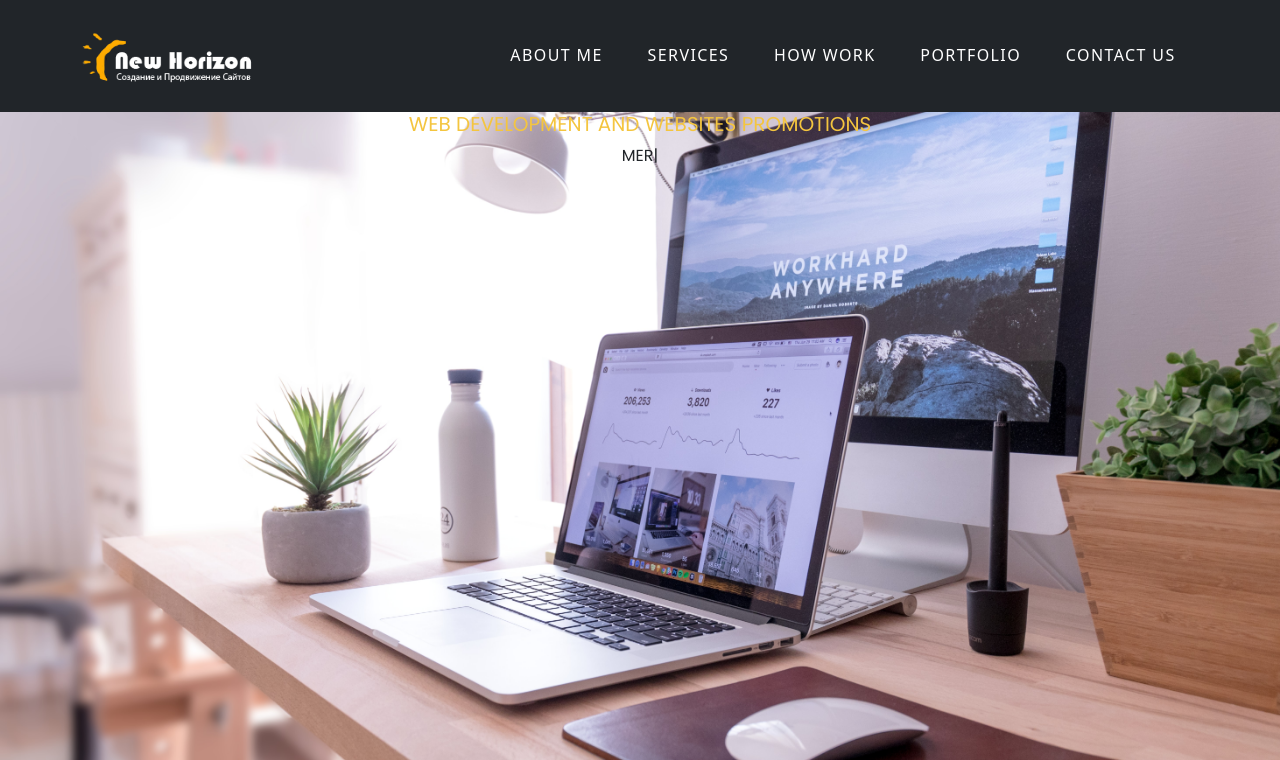
Repository: ahmedibrahimhassan654/React-Bootstrap-5
Page: /
An editor plug-in stored every save of this project. The page is shown before and after the next save, followed by the edit.
The browser window is 1280 px wide. The pictures show the whole page.
The project was rebuilt for these pictures with package versions that can differ from the ones it lists, and the page was loaded fresh each time.

Above is the page before, as saved 2021-11-25 06:49:03.

After the next save:
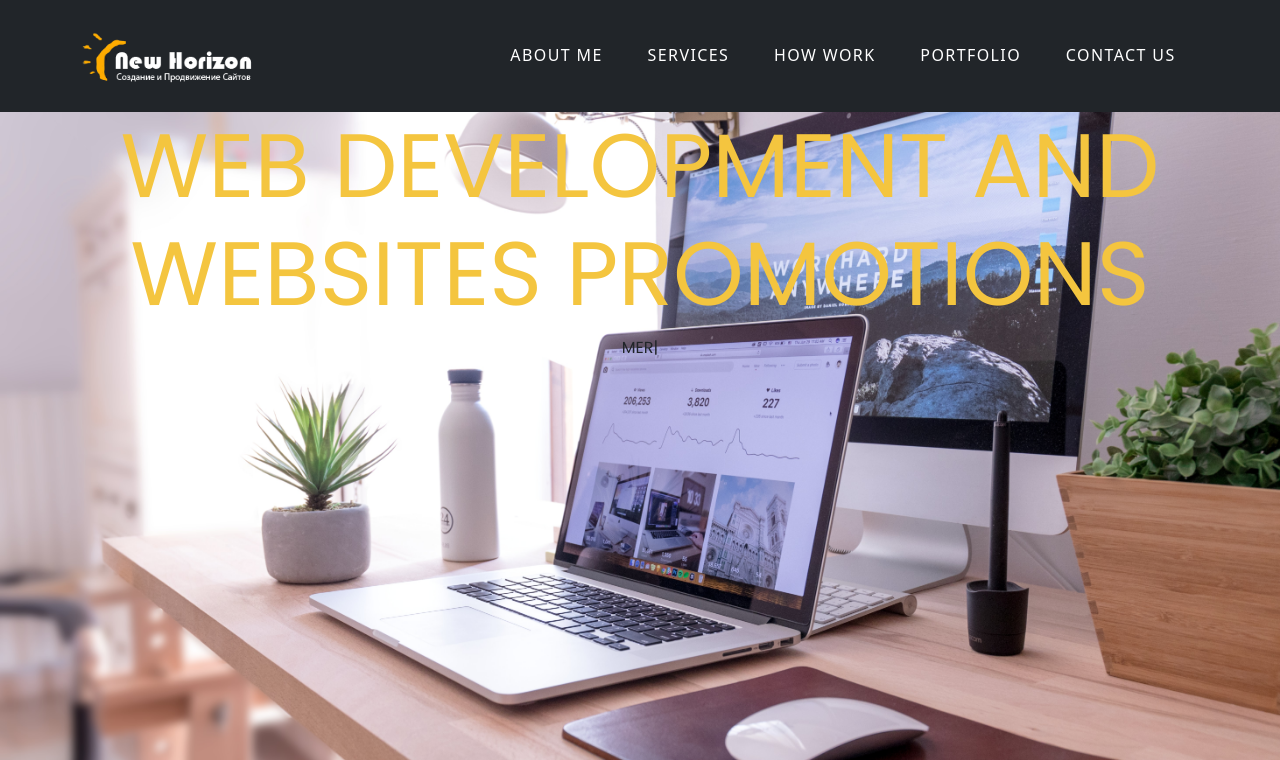
Saved 5 s later.
--- a/src/App.css
+++ b/src/App.css
@@ -64,5 +64,5 @@ nav ul li {
   color: var(--primary-orage);
   text-transform: uppercase;
   font-weight: 1.25rem;
-  font-size: 20px;
+  font-size: 90px;
 }
